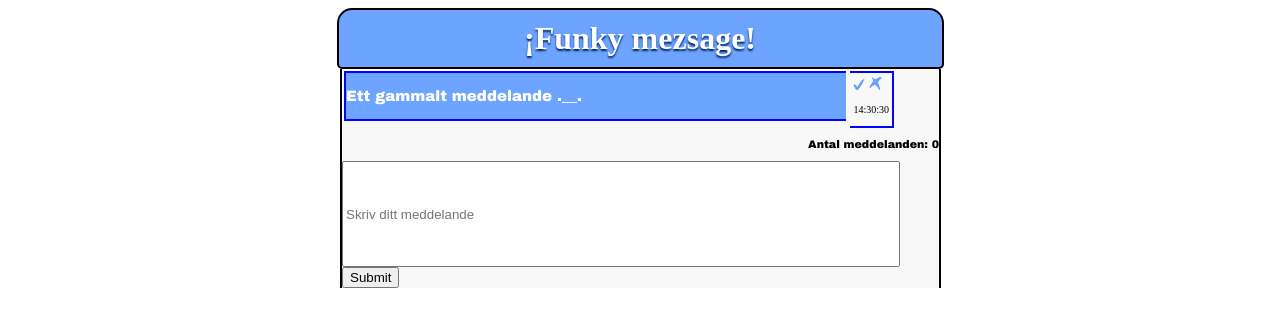
Repository: sk222sw/1dv403-laborationer
Page: 2-labbymezzage/index.html
The author's editor kept a record of every edit. The page is drawn from the files as they stood at one moment, then again after the next edit.
The browser window is 1280 px wide. The pictures show the whole page.

Above is the page before.

### 2-labbymezzage/index.html
<!DOCTYPE html>
<html lang="sv">
<head>
    <meta charset="utf-8" />
    <title>Labby Message</title>

    <link rel="stylesheet" href="css/css.css" />

    <!--<link href='http://fonts.googleapis.com/css?family=Rock+Salt' rel='stylesheet' type='text/css'>-->

</head>
    <body>
        <div id="container">
            <header>
                <h1>¡Funky mezsage!</h1>
            </header>

            <main>
                <section id="mainsection">
                    <section class="msgSection">

                        <div id="buttons">
                            <div id="timeButton"></div>
                            <div id="deleteButton"></div>
                            <p class="time">14:30:30</p>
                        </div>

                        <div id="messageDiv">
                            <p id="msgText">Ett gammalt meddelande .__.</p>
                        </div>
                    </section>

                    <section id="newTextSection">
                        <p id="messageCounter">Antal meddelanden: 0</p>
                        <form>
                            <input type="text" id="textarea" name="textarea" placeholder="Skriv ditt meddelande">
                            <input type="submit" value="Submit" id="submit" />
                        </form>
                    </section>
                </section>
            </main>


            <script type="text/javascript" src="script/MessageBoard.js"></script>
            <script type="text/javascript" src="script/message.js"></script>
        </div>
    </body>
</html>

### 2-labbymezzage/css/css.css
/*
container
    main
        header
            h1
        section
            p
            textarea
*/

container: {
    width: 600px;
}

main {
    width: 600px;

    margin: 0 auto;


}

#mainsection {
    width: 597px;

    background: #f8f8f8;


    border-right: solid black 2px;
    border-left: solid black 2px;
}

header {
    margin: 0 auto;
    margin-bottom: 0px;
    background: #6CA4FF;

    width: 603px;

    border: solid black 2px;
    border-bottom: solid black 2px;

    border-top-left-radius: 15px;
    border-top-right-radius: 15px;
    border-bottom-left-radius: 5px;
    border-bottom-right-radius: 5px;

    padding-top: 10px;
    padding-bottom: 10px;
}

h1 {
    position: relative;
    margin: 0 auto;

    text-align: center;
    color: white;
    text-shadow: 0px 2px 2px #00235E;
    /*font-family: "Arial", "Rock Salt";*/

}

.area {
    position: relative;
}

.msgSection {
    position: relative;

    width: 550px;
    border: solid white 2px;

    margin-bottom: 65px;
    padding: -2px;
}

.time {
    text-align: right;
    font-size: 10px;
}


#timeButton {
	background: url('../pics/checksprite.png') no-repeat -2px -2px;
	width: 12px;
	height: 11px;
	display: inline-block;
}

#deleteButton {
	background: url('../pics/checksprite.png') no-repeat -17px -2px;
	width: 13px;
	height: 13px;
	display: inline-block;
}

#messageDiv {
    border-bottom: solid #0004FF 2px;
    border-top: solid #0004FF 2px;
    border-left: solid #0004FF 2px;
    width: 500px;
    float: left;

    background-color: #6ca4ff;
    color: white;
    font-family: 'Arial Black', sans-serif;
    font-size: 15px;

}

#messageDiv2 {
    border-bottom: solid #0004FF 2px;
    border-top: solid #0004FF 2px;
    border-left: solid #0004FF 2px;
    width: 500px;
    float: left;

    background-color: #6ca4ff;
    color: white;
    font-family: 'Arial Black', sans-serif;
    font-size: 15px;

    height: 200px;

}


#buttons {
    padding: 3px;
    padding-bottom: 1px;
    border-right: solid #0004FF 2px;
    border-top: solid #0004FF 2px;
    border-bottom: solid #0004FF 2px;
    float: right;
}

#newTextSection {
    display: block;

    font-family: 'Arial Black';
    font-size: 11px;
}

#messageCounter {
    text-align: right;
}

.msgText {
    padding-left: 5px;
}

#textarea {
    width: 550px;
    height: 100px;
}

.hejsa {
    width: 100px;
    height: 100px;
    border: solid red 2px;
}

### 2-labbymezzage/script/MessageBoard.js
"use strict";

    var MessageBoard = {
        messages: [],
        submit: document.getElementById("submit"),
        textarea: document.getElementById("textarea"),
        messageDiv: document.getElementById("msgSection"),

        init:function(e){
            document.getElementById("submit").onclick = MessageBoard.createMessage;

        },

        createMessage: function (e){
            MessageBoard.messages.push(new Message(MessageBoard.textarea.value, new Date()));
            MessageBoard.writeMessages(MessageBoard.messages);
            // console.log(MessageBoard.messages.toString());
            return false; // för att förhindra att sidan defaultladdas om
        },

        writeThisMessage: function(thisMess){
            var div = document.createElement("div");
            var deleteButton = document.createElement("input");
            var messageDiv = document.getElementsByClassName("msgSection");

            deleteButton.setAttribute("type", "submit");
            deleteButton.setAttribute("value", "delete");
            console.log(MessageBoard.messages[thisMess].toString());

            div.className = "messageDiv2";

            // messageDiv.appendChild(div);

            // div.className = "messageDiv2";
            // div.innerHTML = MessageBoard.messages[thisMess].toString();
            // MessageBoard.messageDiv.appendChild(div);
        },



        writeMessages: function (message) {
            // MessageBoard.textarea.placeholder = "Skriv här";
            // MessageBoard.textarea.value = "";   //Tar bort den inskrivna texten

            // MessageBoard.messageDiv.innerHTML = "";  //Raderar alla meddelanden innan loopen skriver ut dem igen

            for (var i = 0; i < MessageBoard.messages.length; i++) {
                MessageBoard.writeThisMessage(i);
            }

        },

    };

        // var para = document.createElement("p");
        // var node = document.createTextNode("This is new.");
        // para.appendChild(node);
        // var element = document.getElementById("div1");
        // element.appendChild(para);


window.onload = MessageBoard.init;

### 2-labbymezzage/script/message.js
"use strict";

function Message (message, date) {

    this.getText = function() {
        return message;
    },

    this.setText = function(_text) {
        message = _text;
    };

    this.getDate = function() {
        return date;
    };

    this.setDate = function(_date) {
        date = _date;
    };

}

Message.prototype.toString = function() {
    return this.getText()+" ("+this.getDate()+")";
};

Message.prototype.getHTMLText = function() {
    return Message.getText;
};

Message.prototype.getDateText = function() {
    return Message.getDate;
};

After the next edit:
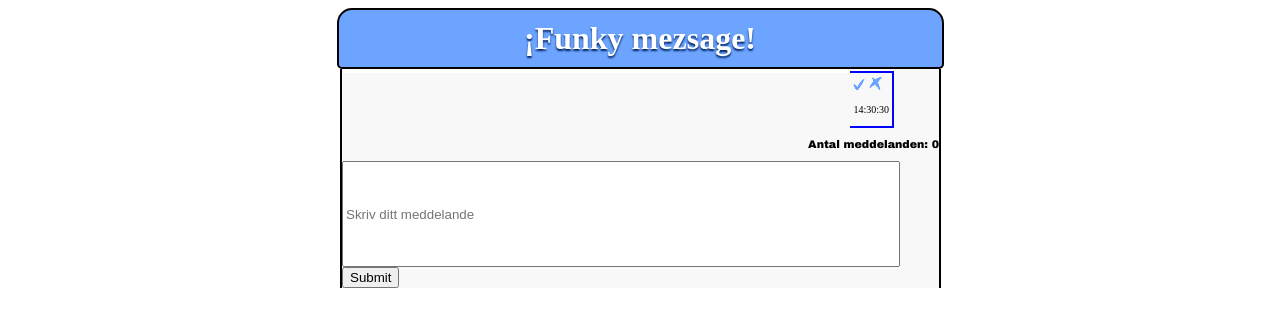
The edit:
--- a/2-labbymezzage/index.html
+++ b/2-labbymezzage/index.html
@@ -25,9 +25,7 @@
                             <p class="time">14:30:30</p>
                         </div>
 
-                        <div id="messageDiv">
-                            <p id="msgText">Ett gammalt meddelande .__.</p>
-                        </div>
+
                     </section>
 
                     <section id="newTextSection">
